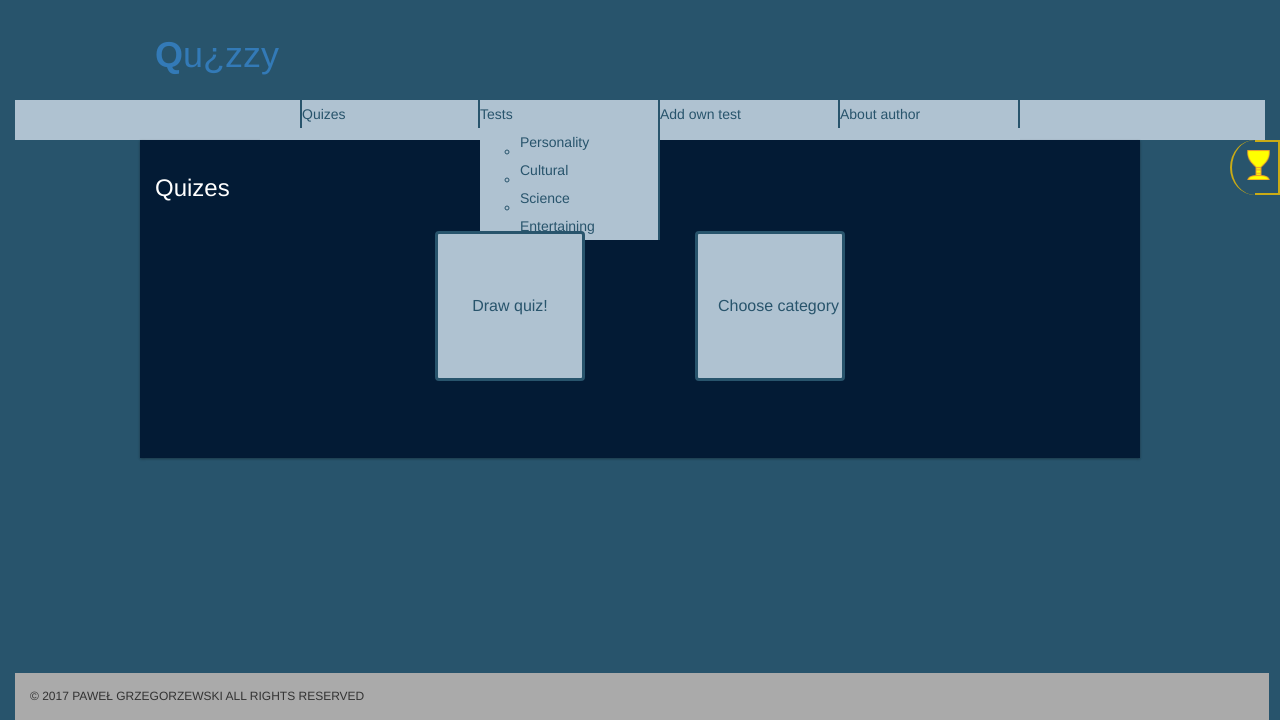
Repository: pgrzegorzewski/quiz
Page: http://localhost/app/quiz.php
An editor plug-in stored every save of this project. The page is shown before and after the next save, followed by the edit.
The browser window is 1280 px wide. The pictures show the whole page.
Some web libraries are served in a nearby version. The page is run by PHP 8.4 with error messages shown; the project is at /var/www/html/.

Above is the page before, as saved 2017-04-21 20:37:10.

After the next save:
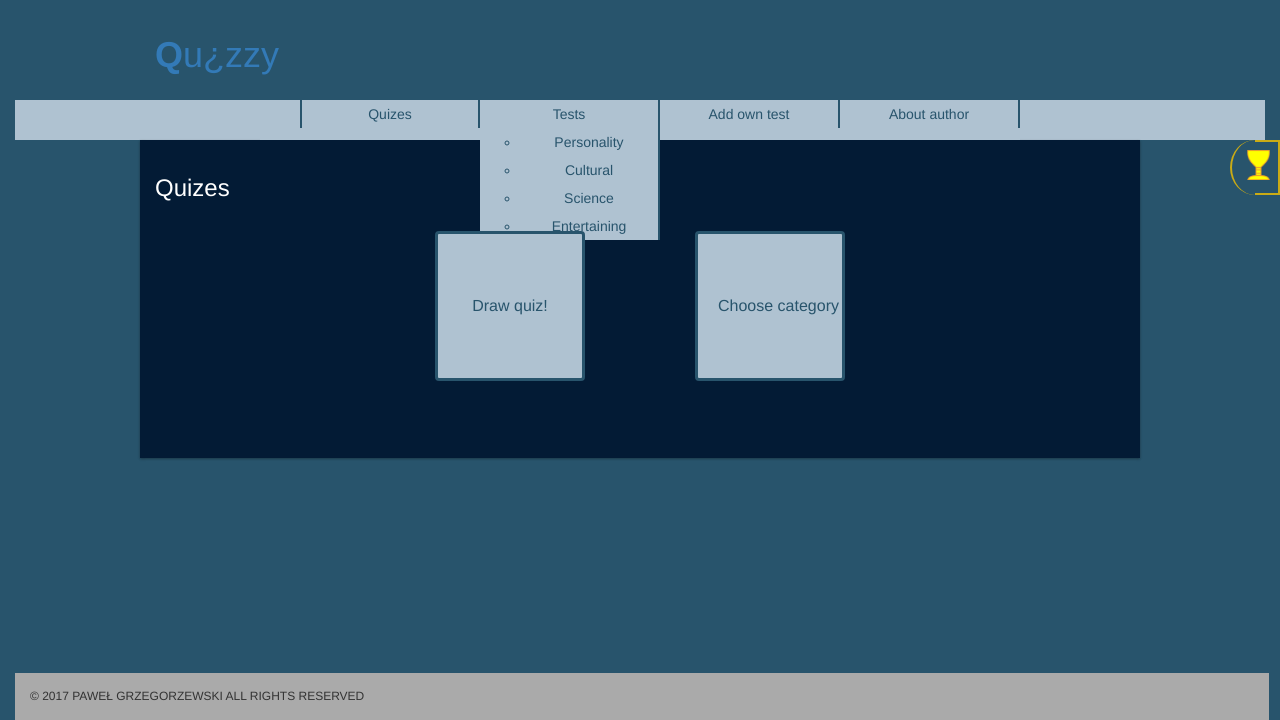
Saved 11 s later.
--- a/htdocs/app/learningapp/css/index.css
+++ b/htdocs/app/learningapp/css/index.css
@@ -139,7 +139,6 @@ ol > li
 
 ol > li a
 {
-			display:table-cell;
             vertical-align: middle;
 }
 ol > li:first-child
